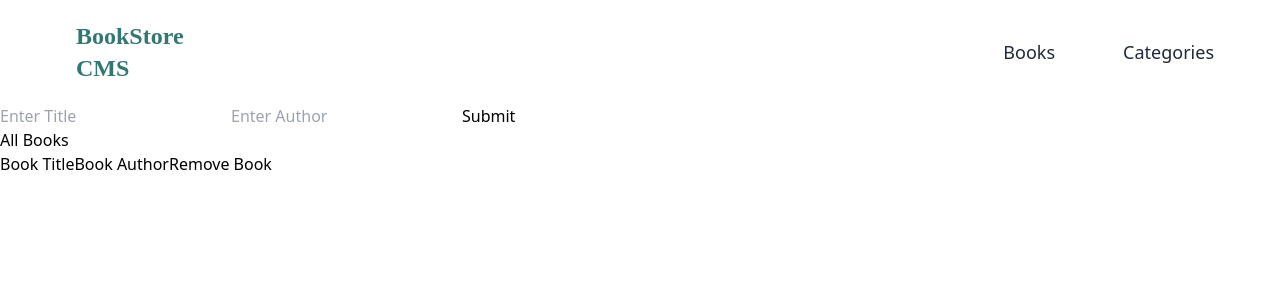
Repository: kennedyowusu/bookstore
Page: /
These files come from the project's save history. The page is drawn as it stood at one moment and after a run of saves; the edit follows.
The browser window is 1280 px wide. The pictures show the whole page.
The project was rebuilt for these pictures with package versions that can differ from the ones it lists, and the page was loaded fresh each time. Also part of the build but not shown: src/components/Books/showBook.jsx, src/Pages/Categories.jsx, src/Pages/NotFound.jsx.

Above is the page before, as saved 2023-01-21 06:19:46.

### src/index.js
import React from 'react';
import ReactDOM from 'react-dom/client';
import './index.css';
import App from './App';

import { BrowserRouter as Router } from 'react-router-dom';

const root = ReactDOM.createRoot(document.getElementById('root'));
root.render(
  <React.StrictMode>
    <Router>
      <App />
    </Router>
  </React.StrictMode>
);

### src/App.js
import { Routes, Route } from 'react-router-dom';

import Layout from './appLayout/Layout';
import AllBooks from './Pages/AllBooks';
import Categories from './Pages/Categories';
import NotFound from './Pages/NotFound';

function App() {
  return (
    <div
      className='bg-[#ccc]-600 w-full h-screen'
    >
      <Routes>
        <Route path='/' element={<Layout />}>
          <Route path='/' element={<AllBooks />} />
          <Route path='categories' element={<Categories />} />
          <Route path='*' element={<NotFound />} />
        </Route>
      </Routes>
    </div>
  )
}

export default App;

### src/appLayout/Layout.jsx
import React from 'react'
import { Outlet } from 'react-router'
import Navbar from '../components/Navbar'

const Layout = () => {
  return (
    <div>
      <Navbar />
      <main>
        <Outlet />
      </main>
    </div>
  )
}

export default Layout

### src/Pages/AllBooks.jsx
import React from 'react'
import InputForm from '../components/Books/InputForm'
import SingleBook from '../components/Books/SingleBook'
import showBook from '../components/Books/showBook'

const AllBooks = () => {
 return (
  <div>
   <InputForm />
   <SingleBook />
  </div>
 )
}

export default AllBooks

### src/components/Navbar.jsx
import React from 'react'
import { NavLink } from 'react-router-dom'
import navLink from '../utils/constants'

const Navbar = () => {
 return (
   <div>
     <nav className='bg-[#ccc]-600'>
       <div className='md:flex items-center justify-between bg-white py-4 md:py-5 md:px-14'>
         <div className='font-bold text-2xl cursor-pointer flex items-center font-[Poppins] text-gray-800 justify-between px-5'>
           <div
             className='
          flex items-center justify-between
          '
           >
             <h2 className='text-[#317773]'>BookStore CMS</h2>
           </div>
         </div>

         <div className='flex items-center justify-end w-full'>
           <ul className='md:items-center gap-4 hidden md:flex lg:flex'>
             {navLink.map((link) => (
               <li key={link.name} className='md:ml-8 text-xl'>
               <NavLink
                to={link ? link.link : '/'}
                className='text-gray-800 font-medium text-lg hover:border-solid border-2 p-2 rounded-lg
                border-transparent hover:border-[#ccc] hover:text-bold hover:duration-500
                '
                activeClassName='text-[#317773]'
               >
                {link.name}
               </NavLink>

               </li>
             ))}
           </ul>
         </div>
       </div>
     </nav>
   </div>
 )
}

export default Navbar

### src/components/Books/InputForm.jsx
import React from 'react'

const InputForm = () => {
 return (
  <div>
   <form action="">
    <input type="text" placeholder='Enter Title' />
    <input type="text" placeholder='Enter Author' />
    <input type="submit" />
   </form>
  </div>
 )
}

export default InputForm

### src/components/Books/SingleBook.jsx
import React from 'react'
import { useParams } from 'react-router-dom'

const SingleBook = () => {
 return (
   <div>

     <div>
       <h1>All Books</h1>
       <span>Book Title</span>
       <span>Book Author</span>

       <button type='submit'>Remove Book</button>
     </div>
   </div>
 )
}

export default SingleBook

### src/utils/constants.js

const navLink = [
 {
  name: 'Books',
  link: '/'
 },
 {
  name: 'Categories',
  link: '/categories'
 },
];

export default navLink;

Loaded but not shown: public/index.html (common file); src/index.css (common file); tailwind.config.js (common file)

After the next 2 saves:
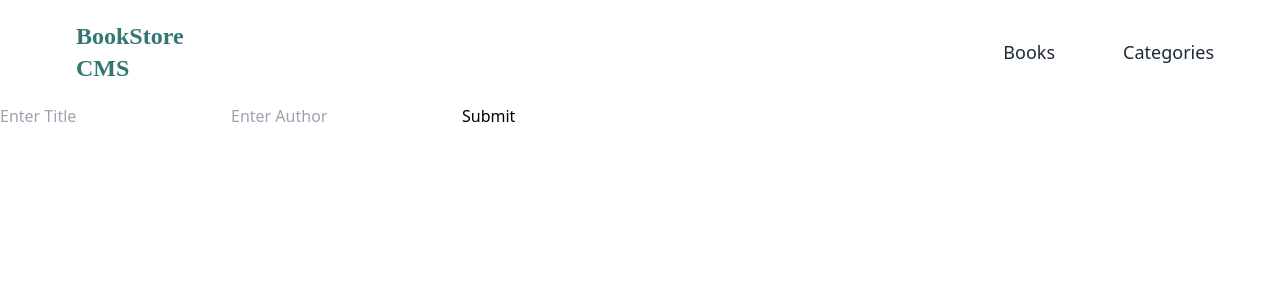
The 2 saves are shown as one change because they came seconds apart.
The last was saved 6 s later.
--- a/src/Pages/AllBooks.jsx
+++ b/src/Pages/AllBooks.jsx
@@ -1,14 +1,13 @@
 import React from 'react'
 import InputForm from '../components/Books/InputForm'
-import SingleBook from '../components/Books/SingleBook'
 import showBook from '../components/Books/showBook'
 
 const AllBooks = () => {
  return (
-  <div>
-   <InputForm />
-   <SingleBook />
-  </div>
+   <div>
+     <InputForm />
+     <showBook />
+   </div>
  )
 }
 
